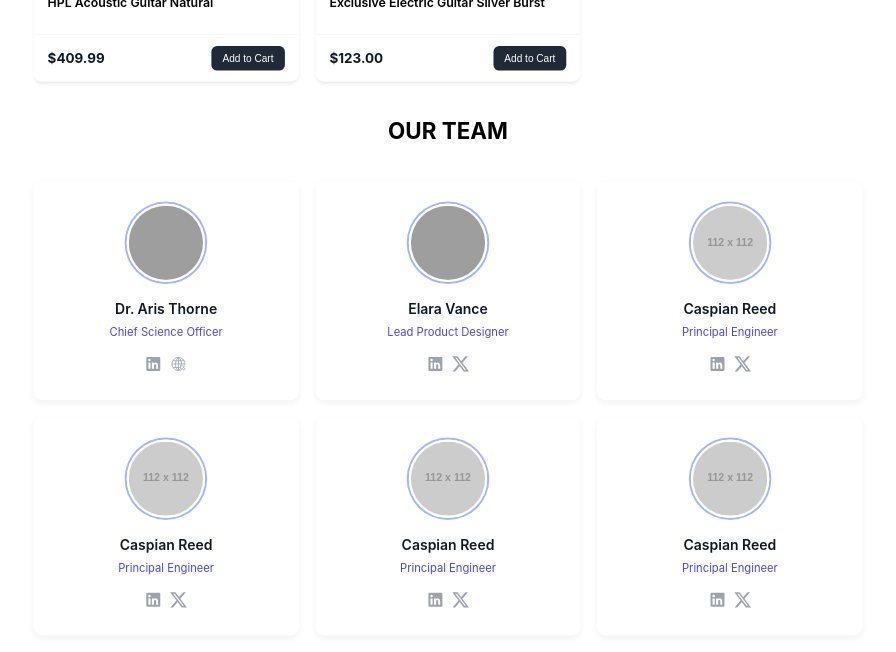
Repository: rywkoo/guitar-mart
Page: http://localhost/
These files come from the project's save history. The page is drawn as it stood at one moment and after the next save; the edit follows.
The browser window is 1280 px wide. The pictures show the part of the page from y = 2167 to 4087 px (the page is 3099 px tall before and 4087 px after), at 70% of full size.
Pictures or frames that could not be fetched are drawn as grey boxes. The page is served by the project's application, run on Flask 3 (app.py). Other server files are loaded and not shown. The page reads the database file committed with the project.

Above is the page before, as saved 2025-10-28 13:34:20.

### templates/home.html
{% extends "base.html" %}
{% block title %}Home - Mini Mart{% endblock %}

{% block content %}
<style>
    :root {
        /*
            Using an image from picsum.photos for demonstration.
            Replace with your own image.
        */
        --psh-bg-image: url('https://picsum.photos/id/1015/1600/1200');
        --psh-min-height: 90vh;
        --psh-padding: 0rem 0rem;
        --psh-text-color: #ffffff;
        --psh-overlay-color: rgba(17, 24, 39, 0.5);
        --psh-cta-bg: #fff;
        --psh-cta-text-color: #111827;
        --psh-cta-hover-bg: #f3f4f6;
    }
    .parallax-hero {
        box-sizing: border-box;
        font-family: ui-sans-serif, system-ui, -apple-system, BlinkMacSystemFont, "Segoe UI", Roboto, "Helvetica Neue", Arial, "Noto Sans", sans-serif, "Apple Color Emoji", "Segoe UI Emoji", "Segoe UI Symbol", "Noto Color Emoji";
        min-height: var(--psh-min-height);
        padding: var(--psh-padding);
        width: 100%;
        position: relative;
        display: flex;
        justify-content: center;
        align-items: center;
        text-align: center;
        background-image: var(--psh-bg-image);
        background-position: center 0;
        background-repeat: no-repeat;
        background-size: cover;
        margin-top: -100px;
    }
    .parallax-hero::before {
        content: '';
        position: absolute;
        top: 0; left: 0; right: 0; bottom: 0;
        background-color: var(--psh-overlay-color);
        z-index: 1;
    }
    .parallax-hero * {
         box-sizing: border-box;
    }
    .psh-content {
        position: relative;
        z-index: 2;
        max-width: 900px;
        color: var(--psh-text-color);
    }
    .psh-content .title {
        font-size: clamp(2.5rem, 6vw, 4.5rem);
        font-weight: 800;
        line-height: 1.1;
        margin: 0 0 1rem;
        text-shadow: 0 2px 4px rgba(0,0,0,0.2);
    }
    .psh-content .subtitle {
        font-size: clamp(1.1rem, 3vw, 1.25rem);
        margin: 0 0 2rem;
        max-width: 700px;
        margin-left: auto;
        margin-right: auto;
    }
    .psh-content .cta {
        display: inline-block;
        background-color: var(--psh-cta-bg);
        color: var(--psh-cta-text-color);
        padding: 0.9rem 2.2rem;
        border-radius: 8px;
        border: none;
        font-size: 1.05rem;
        font-weight: 600;
        text-decoration: none;
        cursor: pointer;
        transition: background-color 0.3s ease;
    }
    .psh-content .cta:hover {
        background-color: var(--psh-cta-hover-bg);
    }

    /* Extra content section for demonstrating the scroll effect */
    .scroll-demo-content {
        height: 100vh; /* Ensures a lot of scroll space */
        padding: 4rem 1.5rem;
        background-color: #fff;
        color: #111827;
    }
    .scroll-demo-content p {
        max-width: 700px;
        margin: 0 auto 1rem;
        line-height: 1.6;
    }

    /* === Grid Container for the Cards === */
    .cards-grid-container {
        display: grid;
        grid-template-columns: repeat(auto-fill, minmax(280px, 1fr));
        gap: 1.5rem;
        padding: 1.5rem;
    }

    /* === Product Card Styles === */
    .product-card {
        --product-card-radius: 12px;
        --product-card-shadow: 0 4px 6px -1px rgba(0,0,0,0.07), 0 2px 4px -2px rgba(0,0,0,0.07);

        background-color: #ffffff;
        border-radius: var(--product-card-radius);
        box-shadow: var(--product-card-shadow);
        overflow: hidden;
        display: flex;
        flex-direction: column;
        transition: box-shadow 0.2s ease, transform 0.2s ease;
    }

    .product-card:hover {
        transform: translateY(-5px);
        box-shadow: 0 10px 15px -3px rgba(0,0,0,0.1), 0 4px 6px -4px rgba(0,0,0,0.1);
    }

    .product-card a.product-card-link {
        text-decoration: none;
        color: inherit;
    }

    /* Image container */
    .product-card-image-container {
        position: relative;
        background-color: #f3f4f6; /* Fallback for transparent images */
    }

    .product-card-image {
        width: 100%;
        height: 300px;
        object-fit: cover;
        display: block;
    }

    /* Product details */
    .product-card-content {
        padding: 1rem 1.25rem;
        display: flex;
        flex-direction: column;
        flex-grow: 1; /* Pushes footer to the bottom */
    }

    .product-card-category {
        font-size: 0.8rem;
        color: #6b7280;
        text-transform: uppercase;
        letter-spacing: 0.05em;
        margin-bottom: 0.25rem;
    }

    .product-card-title {
        font-size: 1.1rem;
        font-weight: 600;
        line-height: 1.4;
        margin: 0;
    }

    /* Price and Action button footer */
    .product-card-footer {
        display: flex;
        justify-content: space-between;
        align-items: center;
        padding: 1rem 1.25rem;
        border-top: 1px solid #f3f4f6;
        margin-top: 1rem;
    }

    .product-card-price {
        font-size: 1.2rem;
        font-weight: 700;
        color: #111827;
    }

    .product-card-cta {
        background-color: #1f2937;
        color: #ffffff;
        font-size: 0.9rem;
        font-weight: 500;
        border: none;
        border-radius: 8px;
        padding: 0.6rem 1rem;
        cursor: pointer;
        transition: background-color 0.2s ease;
    }

    .product-card-cta:hover {
        background-color: #374151;
    }

</style>

<!--
======================================================================
  HTML
  - Place this in your <body> where you want the component to appear.
======================================================================
-->
<section class="parallax-hero" id="parallax-hero-section">
    <div class="psh-content">
        <h1 class="title">A New Perspective</h1>
        <p class="subtitle">Our innovative approach redefines industry standards, creating solutions that are both powerful and elegant.</p>
        <a href="#" role="button" class="cta">Learn More About Us</a>
    </div>
</section>


<h1 class="title" style="
        position: relative;
        z-index: 2;
        color: black;
        text-align: center;
        ">
        FEATURED ITEMS

    </h1>



<div class="cards-grid-container" id="product-list"></div>

<script>
  async function loadProducts() {
    try {
      const response = await fetch("http://127.0.0.1:5000/api/products");
      const products = await response.json();

      const container = document.getElementById("product-list");
      container.innerHTML = "";

      products.forEach(product => {
        const card = `
          <article class="product-card">
              <a href="#" class="product-card-link">
                  <div class="product-card-image-container">
                      <img src="${product.image_url}" alt="${product.name}" class="product-card-image">
                  </div>
                  <div class="product-card-content">
                      <span class="product-card-category">${product.category}</span>
                      <h3 class="product-card-title">${product.name}</h3>
                  </div>
              </a>
              <footer class="product-card-footer">
                  <span class="product-card-price">$${product.price.toFixed(2)}</span>
                  <button type="button" class="product-card-cta">Add to Cart</button>
              </footer>
          </article>
        `;
        container.insertAdjacentHTML("beforeend", card);
      });
    } catch (err) {
      console.error("Error loading products:", err);
    }
  }

  // Load products when the page opens
  loadProducts();
</script>


<h1 class="title" style="
        position: relative;
        z-index: 2;
        color: black;
        text-align: center;
        ">
        OUR TEAM

    </h1>

<div class="cards-grid-container" style="margin-bottom: 600px;" >

    <!-- Card 1 -->
    <article class="tm-card">
        <!-- Image from picsum.photos. Replace with your own. -->
        <img class="tm-card-avatar" src="https://picsum.photos/id/64/112/112" alt="Profile photo of Dr. Aris Thorne.">
        <h3 class="tm-card-name">Dr. Aris Thorne</h3>
        <p class="tm-card-role">Chief Science Officer</p>
        <div class="tm-card-socials">
            <a href="#" class="tm-card-social-link" aria-label="LinkedIn">
                <svg xmlns="http://www.w3.org/2000/svg" viewBox="0 0 24 24" fill="currentColor"><path d="M20.5 2h-17A1.5 1.5 0 002 3.5v17A1.5 1.5 0 003.5 22h17a1.5 1.5 0 001.5-1.5v-17A1.5 1.5 0 0020.5 2zM8 19H5v-9h3zM6.5 8.25A1.75 1.75 0 118.25 6.5 1.75 1.75 0 016.5 8.25zM19 19h-3v-4.74c0-1.42-.6-1.93-1.38-1.93A1.74 1.74 0 0013 14.19a.66.66 0 000 .14V19h-3v-9h2.9v1.3a3.11 3.11 0 012.7-1.4c1.55 0 3.1 1.16 3.1 3.99z" /></svg>
            </a>
            <a href="#" class="tm-card-social-link" aria-label="Website">
                <svg xmlns="http://www.w3.org/2000/svg" viewBox="0 0 24 24" stroke-width="1.125" stroke="currentColor" fill="none">
                <path d="M14.974,20.895A9.322,9.322,0,1,1,21.322,12.056a13.965,13.965,0,0,1-.274,2.25 M14.197,19.162A17.625,17.625,0,0,1,12,21.262 M12,2.625A12.802,12.802,0,0,1,16.339,11.25a12.776,12.776,0,0,1,.034,1.819 M12,2.625A12.784,12.784,0,0,0,7.616,12.172c0,6.075,2.73,7.875,4.372,9.09 M3.889,7.462L20.156,7.462 M12,2.621L12,21.262 M4.144,17.055L13.89,17.055 M2.678,12.172L21.322,11.944 M20.089,21.375L21.75,19.71l-3-3,1.706-1.091a.142.142,0,0,0-.045-.262L14.678,14.014a.146.146,0,0,0-.172.172L15.75,20.028a.146.146,0,0,0,.266.049L17.089,18.375Z"/>
                </svg>
            </a>
        </div>
    </article>

    <!-- Card 2 -->
    <article class="tm-card">
        <!-- Image from picsum.photos. Replace with your own. -->
        <img class="tm-card-avatar" src="https://picsum.photos/id/342/112/112" alt="Profile photo of Elara Vance.">
        <h3 class="tm-card-name">Elara Vance</h3>
        <p class="tm-card-role">Lead Product Designer</p>
        <div class="tm-card-socials">
            <a href="#" class="tm-card-social-link" aria-label="LinkedIn">
                <svg xmlns="http://www.w3.org/2000/svg" viewBox="0 0 24 24" fill="currentColor"><path d="M20.5 2h-17A1.5 1.5 0 002 3.5v17A1.5 1.5 0 003.5 22h17a1.5 1.5 0 001.5-1.5v-17A1.5 1.5 0 0020.5 2zM8 19H5v-9h3zM6.5 8.25A1.75 1.75 0 118.25 6.5 1.75 1.75 0 016.5 8.25zM19 19h-3v-4.74c0-1.42-.6-1.93-1.38-1.93A1.74 1.74 0 0013 14.19a.66.66 0 000 .14V19h-3v-9h2.9v1.3a3.11 3.11 0 012.7-1.4c1.55 0 3.1 1.16 3.1 3.99z" /></svg>
            </a>
            <a href="#" class="tm-card-social-link" aria-label="X">
                <svg xmlns="http://www.w3.org/2000/svg" viewBox="0 0 24 24" fill="currentColor"><path d="M18.901 1.153h3.68l-8.04 9.19L24 22.846h-7.406l-5.8-7.584-6.638 7.584H.474l8.6-9.83L0 1.154h7.594l5.243 6.932ZM17.61 20.644h2.039L6.486 3.24H4.298Z"/></svg>
            </a>
        </div>
    </article>

    <!-- Card 3 -->
    <article class="tm-card">
        <!-- Image by placehold.co. Replace with your own. -->
        <img class="tm-card-avatar" src="https://placehold.co/112x112/666/fff/png?text=CR" alt="Profile photo of Caspian Reed.">
        <h3 class="tm-card-name">Caspian Reed</h3>
        <p class="tm-card-role">Principal Engineer</p>
        <div class="tm-card-socials">
            <a href="#" class="tm-card-social-link" aria-label="LinkedIn">
                <svg xmlns="http://www.w3.org/2000/svg" viewBox="0 0 24 24" fill="currentColor"><path d="M20.5 2h-17A1.5 1.5 0 002 3.5v17A1.5 1.5 0 003.5 22h17a1.5 1.5 0 001.5-1.5v-17A1.5 1.5 0 0020.5 2zM8 19H5v-9h3zM6.5 8.25A1.75 1.75 0 118.25 6.5 1.75 1.75 0 016.5 8.25zM19 19h-3v-4.74c0-1.42-.6-1.93-1.38-1.93A1.74 1.74 0 0013 14.19a.66.66 0 000 .14V19h-3v-9h2.9v1.3a3.11 3.11 0 012.7-1.4c1.55 0 3.1 1.16 3.1 3.99z" /></svg>
            </a>
             <a href="#" class="tm-card-social-link" aria-label="X">
                <svg xmlns="http://www.w3.org/2000/svg" viewBox="0 0 24 24" fill="currentColor"><path d="M18.901 1.153h3.68l-8.04 9.19L24 22.846h-7.406l-5.8-7.584-6.638 7.584H.474l8.6-9.83L0 1.154h7.594l5.243 6.932ZM17.61 20.644h2.039L6.486 3.24H4.298Z"/></svg>
            </a>
        </div>
    </article>

        <!-- Card 3 -->
    <article class="tm-card">
        <!-- Image by placehold.co. Replace with your own. -->
        <img class="tm-card-avatar" src="https://placehold.co/112x112/666/fff/png?text=CR" alt="Profile photo of Caspian Reed.">
        <h3 class="tm-card-name">Caspian Reed</h3>
        <p class="tm-card-role">Principal Engineer</p>
        <div class="tm-card-socials">
            <a href="#" class="tm-card-social-link" aria-label="LinkedIn">
                <svg xmlns="http://www.w3.org/2000/svg" viewBox="0 0 24 24" fill="currentColor"><path d="M20.5 2h-17A1.5 1.5 0 002 3.5v17A1.5 1.5 0 003.5 22h17a1.5 1.5 0 001.5-1.5v-17A1.5 1.5 0 0020.5 2zM8 19H5v-9h3zM6.5 8.25A1.75 1.75 0 118.25 6.5 1.75 1.75 0 016.5 8.25zM19 19h-3v-4.74c0-1.42-.6-1.93-1.38-1.93A1.74 1.74 0 0013 14.19a.66.66 0 000 .14V19h-3v-9h2.9v1.3a3.11 3.11 0 012.7-1.4c1.55 0 3.1 1.16 3.1 3.99z" /></svg>
            </a>
             <a href="#" class="tm-card-social-link" aria-label="X">
                <svg xmlns="http://www.w3.org/2000/svg" viewBox="0 0 24 24" fill="currentColor"><path d="M18.901 1.153h3.68l-8.04 9.19L24 22.846h-7.406l-5.8-7.584-6.638 7.584H.474l8.6-9.83L0 1.154h7.594l5.243 6.932ZM17.61 20.644h2.039L6.486 3.24H4.298Z"/></svg>
            </a>
        </div>
    </article>

        <!-- Card 3 -->
    <article class="tm-card">
        <!-- Image by placehold.co. Replace with your own. -->
        <img class="tm-card-avatar" src="https://placehold.co/112x112/666/fff/png?text=CR" alt="Profile photo of Caspian Reed.">
        <h3 class="tm-card-name">Caspian Reed</h3>
        <p class="tm-card-role">Principal Engineer</p>
        <div class="tm-card-socials">
            <a href="#" class="tm-card-social-link" aria-label="LinkedIn">
                <svg xmlns="http://www.w3.org/2000/svg" viewBox="0 0 24 24" fill="currentColor"><path d="M20.5 2h-17A1.5 1.5 0 002 3.5v17A1.5 1.5 0 003.5 22h17a1.5 1.5 0 001.5-1.5v-17A1.5 1.5 0 0020.5 2zM8 19H5v-9h3zM6.5 8.25A1.75 1.75 0 118.25 6.5 1.75 1.75 0 016.5 8.25zM19 19h-3v-4.74c0-1.42-.6-1.93-1.38-1.93A1.74 1.74 0 0013 14.19a.66.66 0 000 .14V19h-3v-9h2.9v1.3a3.11 3.11 0 012.7-1.4c1.55 0 3.1 1.16 3.1 3.99z" /></svg>
            </a>
             <a href="#" class="tm-card-social-link" aria-label="X">
                <svg xmlns="http://www.w3.org/2000/svg" viewBox="0 0 24 24" fill="currentColor"><path d="M18.901 1.153h3.68l-8.04 9.19L24 22.846h-7.406l-5.8-7.584-6.638 7.584H.474l8.6-9.83L0 1.154h7.594l5.243 6.932ZM17.61 20.644h2.039L6.486 3.24H4.298Z"/></svg>
            </a>
        </div>
    </article>

        <!-- Card 3 -->
    <article class="tm-card">
        <!-- Image by placehold.co. Replace with your own. -->
        <img class="tm-card-avatar" src="https://placehold.co/112x112/666/fff/png?text=CR" alt="Profile photo of Caspian Reed.">
        <h3 class="tm-card-name">Caspian Reed</h3>
        <p class="tm-card-role">Principal Engineer</p>
        <div class="tm-card-socials">
            <a href="#" class="tm-card-social-link" aria-label="LinkedIn">
                <svg xmlns="http://www.w3.org/2000/svg" viewBox="0 0 24 24" fill="currentColor"><path d="M20.5 2h-17A1.5 1.5 0 002 3.5v17A1.5 1.5 0 003.5 22h17a1.5 1.5 0 001.5-1.5v-17A1.5 1.5 0 0020.5 2zM8 19H5v-9h3zM6.5 8.25A1.75 1.75 0 118.25 6.5 1.75 1.75 0 016.5 8.25zM19 19h-3v-4.74c0-1.42-.6-1.93-1.38-1.93A1.74 1.74 0 0013 14.19a.66.66 0 000 .14V19h-3v-9h2.9v1.3a3.11 3.11 0 012.7-1.4c1.55 0 3.1 1.16 3.1 3.99z" /></svg>
            </a>
             <a href="#" class="tm-card-social-link" aria-label="X">
                <svg xmlns="http://www.w3.org/2000/svg" viewBox="0 0 24 24" fill="currentColor"><path d="M18.901 1.153h3.68l-8.04 9.19L24 22.846h-7.406l-5.8-7.584-6.638 7.584H.474l8.6-9.83L0 1.154h7.594l5.243 6.932ZM17.61 20.644h2.039L6.486 3.24H4.298Z"/></svg>
            </a>
        </div>
    </article>

</div>

<!--
======================================================================
  JavaScript
  - Place this right before your closing </body> tag.
======================================================================
-->
<script>
(function() {
    const parallaxSection = document.getElementById('parallax-hero-section');
    if (!parallaxSection) return;

    // --- Configuration ---
    const parallaxSpeed = 0.5; // Set speed factor. 0.5 means it scrolls at half the speed.
    // --- End Configuration ---

    window.addEventListener('scroll', function() {
        const offset = window.pageYOffset;
        parallaxSection.style.backgroundPositionY = offset * parallaxSpeed + 'px';
    });
})();
</script>
{% endblock %}

### app.py
from flask import Flask, render_template
from extensions import db, migrate, jwt
from config import Config

# Import blueprints
from routes.auth import auth_bp
from routes.products import products_bp
from routes.categories import categories_bp
from routes.cart import cart_bp
from routes.invoices import invoices_bp
from routes.admin import admin_bp

app = Flask(__name__)
app.config.from_object(Config)

# Initialize extensions
db.init_app(app)
migrate.init_app(app, db)
jwt.init_app(app)

# Register blueprints
app.register_blueprint(auth_bp, url_prefix="/api/auth")
app.register_blueprint(products_bp, url_prefix="/api/products")
app.register_blueprint(categories_bp, url_prefix="/api/categories")
app.register_blueprint(cart_bp, url_prefix="/api/cart")
app.register_blueprint(invoices_bp, url_prefix="/api/invoices")
app.register_blueprint(admin_bp)

@app.route("/test-product")
def test_product():
    return render_template("test_product.html")

@app.route("/register-page")
def register_page():
    return render_template("register.html")

@app.route("/login")
def login_page():
    return render_template("login.html")

@app.route("/admin/dashboard")
def dashboard_page():
    return render_template("admin/dashboard.html")

@app.route("/")
def home_page():
    return render_template("home.html")

if __name__ == "__main__":
    app.run(debug=True)

### routes/products.py
from flask import Blueprint, request, jsonify, current_app
from extensions import db
from models import Product
from flask_jwt_extended import jwt_required, get_jwt
import os

products_bp = Blueprint("products", __name__)

@products_bp.route("/", methods=["GET"])
def get_products():
    products = Product.query.all()
    result = []
    for p in products:
        result.append({
            "id": p.id,
            "name": p.name,
            "price": float(p.price),
            "stock": p.stock,
            "image": p.image,
            "category_id": p.category_id
        })
    return jsonify(result)


@products_bp.route("/", methods=["POST"])
@jwt_required()
def add_product():
    claims = get_jwt()
    role = claims.get("role", "user")

    if role != "admin":
        return jsonify({"error": "Admin access required"}), 403

    data = request.form
    image_file = request.files.get("image")
    filename = None
    if image_file:
        filename = image_file.filename
        image_file.save(os.path.join(current_app.config["UPLOAD_FOLDER"], filename))

    product = Product(
        name=data["name"],
        price=float(data["price"]),
        stock=int(data["stock"]),
        category_id=int(data["category_id"]),
        image=filename
    )
    db.session.add(product)
    db.session.commit()
    return jsonify({"id": product.id, "name": product.name})

### instance/mini_mart.db (the tables this page reads, as SQL)
CREATE TABLE product (
	id INTEGER NOT NULL, 
	name VARCHAR(100) NOT NULL, 
	price FLOAT NOT NULL, 
	stock INTEGER NOT NULL, 
	image VARCHAR(100), 
	category_id INTEGER NOT NULL, 
	PRIMARY KEY (id), 
	FOREIGN KEY(category_id) REFERENCES category (id)
);
INSERT INTO "product" VALUES
(2, 'Gibson Noel Gallagher Les Paul Standard Electric Guitar - Ebony', 2999.0, 10, 'M22580000001000-00-264x264.webp', 1),
(3, ' Squier x Hello Kitty Stratocaster Electric Guitar - White', 579.99, 10, 'M15190000002000-00-264x264.webp', 1),
(4, 'Gibson Les Paul Special Double-Cut Electric Guitar - TV Yellow', 1999.0, 10, 'M19488000001000-00-264x264.webp', 1),
(5, 'Mitchell Launch D75S Starter Dreadnought Acoustic Guitar Natural', 79.99, 10, 'M19758000001000-00-264x264.webp', 2),
(6, ' Fender CC-60S All-Mahogany Concert Acoustic Guitar', 209.99, 10, 'L84142000001000-00-264x264.webp', 2),
(7, ' Fender FA-15 Steel 3/4 Scale Acoustic Guitar Natural', 149.99, 10, 'L83870000001000-00-264x264.webp', 2),
(8, ' Martin Special LX1 Little Martin Ziricote HPL Acoustic Guitar Natural', 409.99, 100, 'M13884000001000-00-264x264.webp', 2),
(9, 'Epiphone Flying V ''70s Guitar Center-Exclusive Electric Guitar Silver Burst', 123.0, 123, 'M14333000001000-00-264x264.webp', 1);

Loaded but not shown: templates/base.html (420 lines, source omitted)

After the next save:
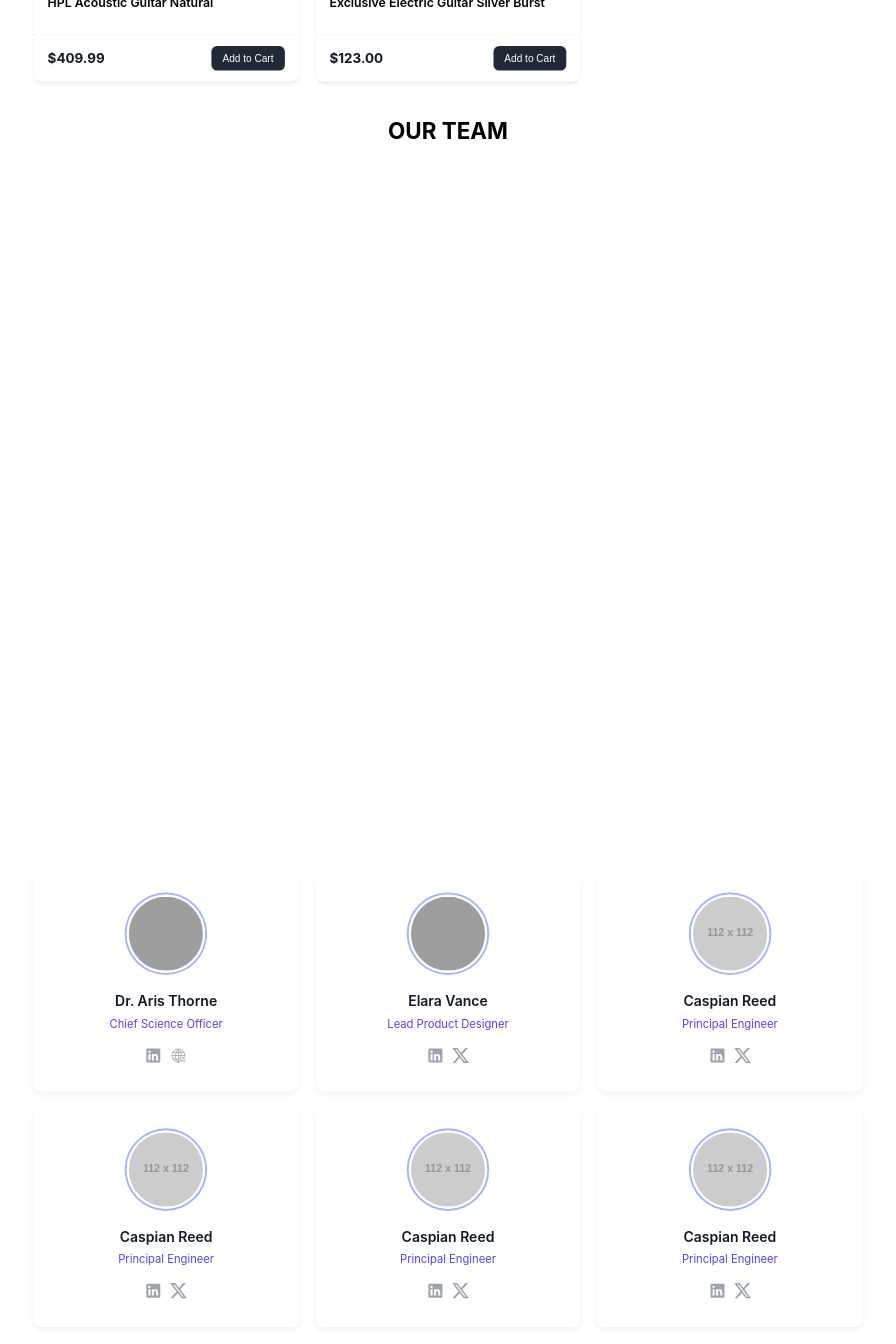
Saved 24 s later.
--- a/templates/home.html
+++ b/templates/home.html
@@ -274,7 +274,7 @@
 
     </h1>
 
-<div class="cards-grid-container" style="margin-bottom: 600px;" >
+<div class="cards-grid-container" style="margin-top: 1009px;" >
 
     <!-- Card 1 -->
     <article class="tm-card">

After the save that followed:
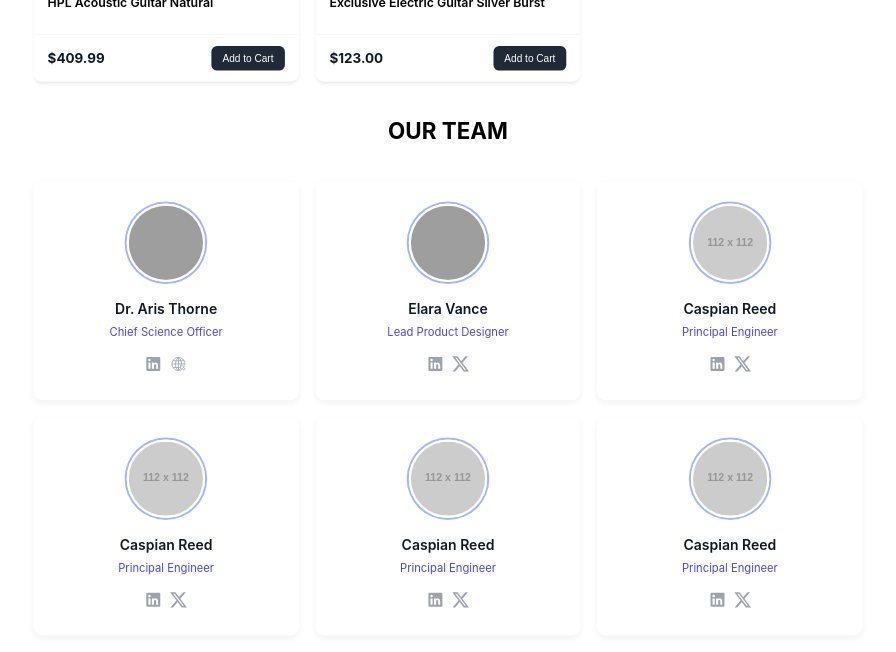
Saved 17 s later.
--- a/templates/home.html
+++ b/templates/home.html
@@ -274,7 +274,7 @@
 
     </h1>
 
-<div class="cards-grid-container" style="margin-top: 1009px;" >
+<div class="cards-grid-container" style="margin-bottom: 600px;" >
 
     <!-- Card 1 -->
     <article class="tm-card">
